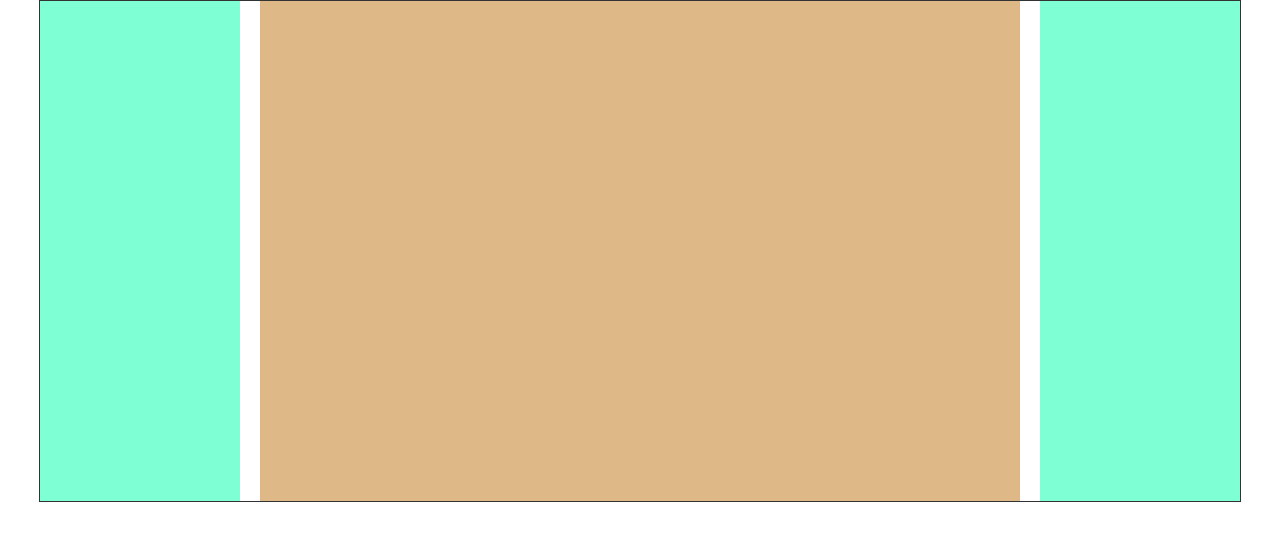
Repository: huangshaomo/study-notes
Page: webpack5/test.html
An editor plug-in stored every save of this project. The page is shown before and after the next save, followed by the edit.
The browser window is 1280 px wide. The pictures show the whole page.

Above is the page before, as saved 2021-01-06 15:52:59.

After the next save:
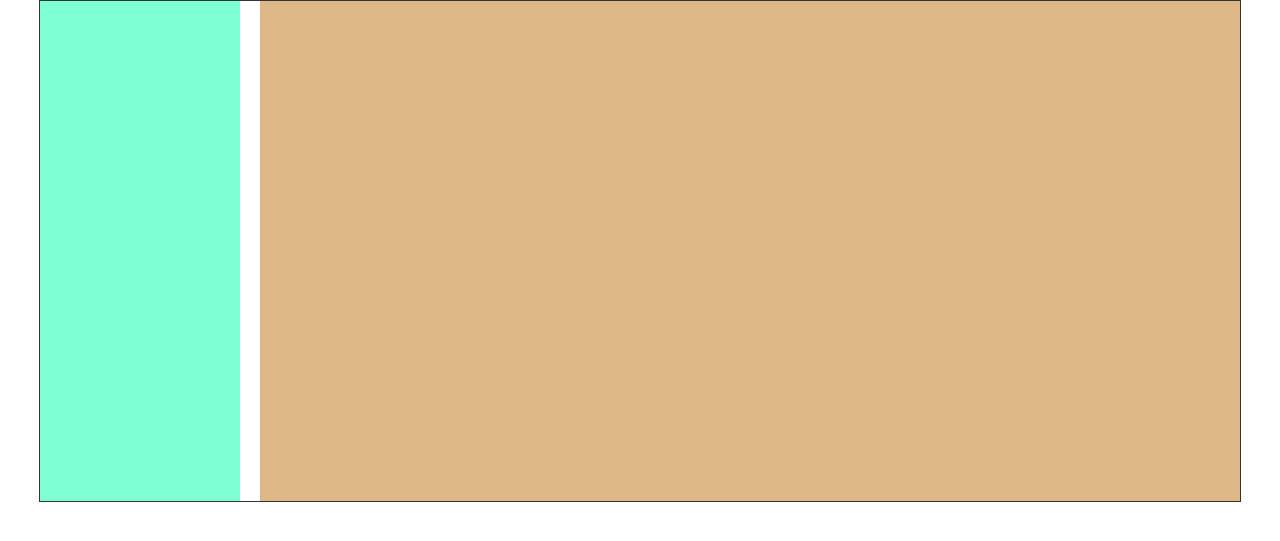
Saved 3 min 45 s later.
--- a/webpack5/test.html
+++ b/webpack5/test.html
@@ -16,8 +16,7 @@
 <body>
     <div class="box">
         <div class="slide left"></div>
-        <div class="slide right"></div>
-
+        <!-- <div class="slide right"></div> -->
         <div class="content"></div>
     </div>
 </body>
